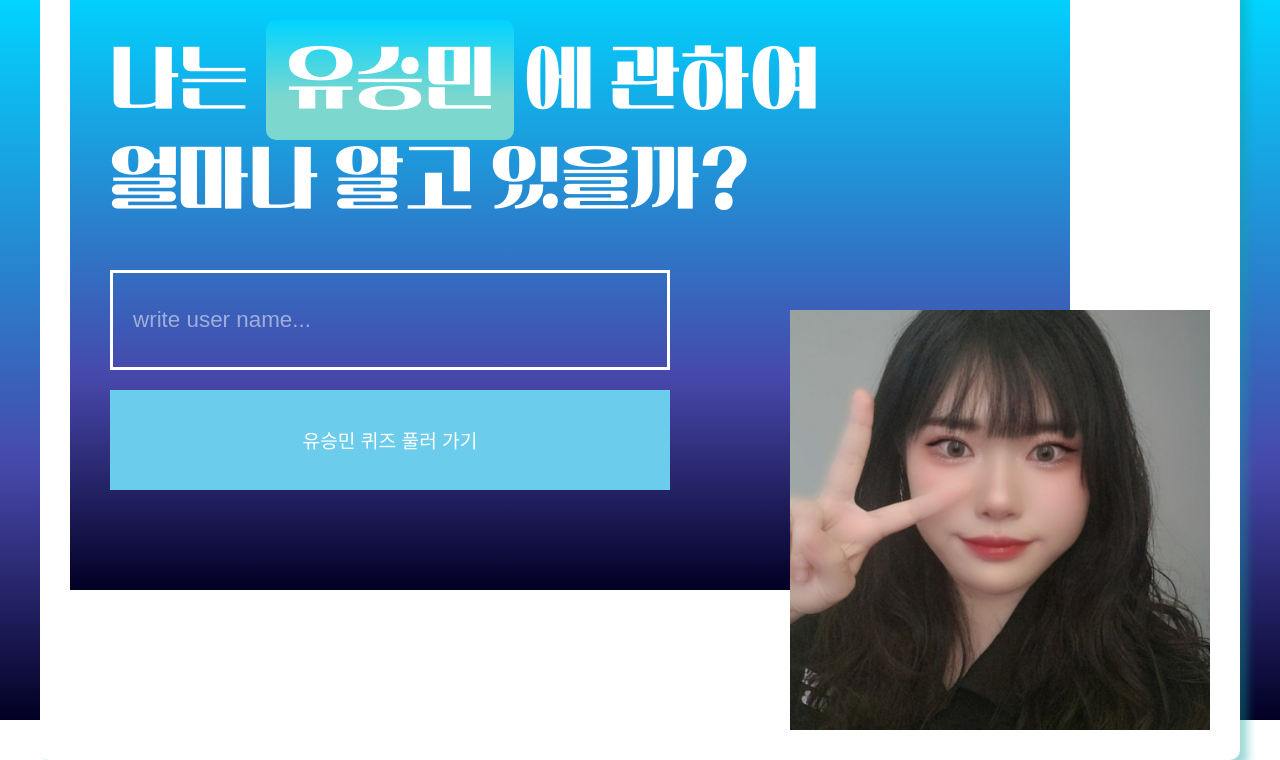
Repository: dnjfht/quiz3
Page: /
These files come from the project's save history. The page is drawn as it stood at one moment and after the next save; the edit follows.
The browser window is 1280 px wide. The pictures show the whole page.
The project was rebuilt for these pictures with package versions that can differ from the ones it lists, and the page was loaded fresh each time. Also part of the build but not shown: src/components/Progress.js, src/components/Quiz.js, src/components/Score.js, src/components/Message.js, src/components/Ranking.js, src/components/NotPage.js.

Above is the page before, as saved 2023-04-15 23:18:43.

### src/index.js
import React from "react";
import ReactDOM from "react-dom/client";
import "./index.css";
import App from "./App";
import reportWebVitals from "./reportWebVitals";
import { BrowserRouter } from "react-router-dom";
import { Provider } from "react-redux";
import store from "./redux/config/configStore";

const root = ReactDOM.createRoot(document.getElementById("root"));
root.render(
  <Provider store={store}>
    <BrowserRouter>
      <App />
    </BrowserRouter>
  </Provider>
);

// If you want to start measuring performance in your app, pass a function
// to log results (for example: reportWebVitals(console.log))
// or send to an analytics endpoint. Learn more: https://bit.ly/CRA-vitals
reportWebVitals();

### src/index.css
body {
  margin: 0;
  font-family: -apple-system, BlinkMacSystemFont, "Segoe UI", "Roboto", "Oxygen",
    "Ubuntu", "Cantarell", "Fira Sans", "Droid Sans", "Helvetica Neue",
    sans-serif;
  -webkit-font-smoothing: antialiased;
  -moz-osx-font-smoothing: grayscale;
}

code {
  font-family: source-code-pro, Menlo, Monaco, Consolas, "Courier New",
    monospace;
}

@font-face {
  font-family: "ddalgifont";
  src: url("./fonts/고령딸기체+TTF.ttf");
}

@font-face {
  font-family: "chabfont";
  src: url("./fonts/chab.ttf");
}

@font-face {
  font-family: "ddagfont";
  src: url("./fonts/ddag.ttf");
}

### src/App.js
import styled from "styled-components";
import Router from "./shared/Router";

const Wrap = styled.div`
  width: 100%;
  height: 100vh;
  background: rgb(2, 0, 36);
  background: linear-gradient(
    0deg,
    rgba(2, 0, 36, 1) 0%,
    rgba(71, 71, 170, 1) 35%,
    rgba(0, 212, 255, 1) 100%
  );

  position: relative;
`;

const ContentWrap = styled.div`
  width: 1200px;
  height: 800px;
  padding: 30px;
  box-sizing: border-box;
  background-color: white;
  border-radius: 10px;
  box-shadow: 8px 8px 8px rgba(21, 159, 161, 0.4);

  position: absolute;
  top: 50%;
  margin-top: -400px;
  left: 50%;
  margin-left: -600px;
`;

function App() {
  return (
    <Wrap>
      <ContentWrap>
        <Router />
      </ContentWrap>
    </Wrap>
  );
}

export default App;

### src/redux/config/configStore.js
import { combineReducers, createStore, applyMiddleware } from "redux";
import thunk from "redux-thunk";
import quiz from "../modules/quiz";
import rank from "../modules/rank";

const middlewares = [thunk];
// 미들웨어들도 하나로 묶어줘야 힘.

const rootReducer = combineReducers({
  quiz: quiz,
  rank: rank,
});

const enhancer = applyMiddleware(...middlewares);
// reducer 말고 옵셔널하게 추가하는 애들의 모음.
// 여기 미들웨어를 적용해 넣을 거임.

const store = createStore(rootReducer, enhancer);
export default store;

### src/shared/Router.js
import React from "react";
import { Routes, Route } from "react-router-dom";
import Start from "../components/Start";
import Quiz from "../components/Quiz";
import Score from "../components/Score";
import Message from "../components/Message";
import Ranking from "../components/Ranking";
import NotPage from "../components/NotPage";

export default function Router() {
  return (
    <>
      <Routes>
        <Route path="/" element={<Start />} />
        <Route path="/quiz" element={<Quiz />} />
        <Route path="/score" element={<Score />} />
        <Route path="/message" element={<Message />} />
        <Route path="/ranking" element={<Ranking />} />
        <Route path="*" element={<NotPage />} />
      </Routes>
    </>
  );
}

### src/redux/modules/quiz.js
// action value
const ADDUSERANSWER = "add_user_answer";
const RESETUSERANSWER = "reset_user_answer";

// action creator

export const AddUserAnswer = (payload) => {
  return {
    type: ADDUSERANSWER,
    payload: payload,
  };
};

export const ResetUserAnswer = (payload) => {
  return {
    type: RESETUSERANSWER,
    payload: payload,
  };
};

// initialState
const initialState = {
  name: "유승민",
  quiz_list: [
    {
      image: "assets/1.png",
      quiz: "승민의 mbti는 intj다?",
      answer: false,
    },
    {
      image: "assets/2.png",
      quiz: "승민은 공감을 잘해주는 사람을 좋아한다?",
      answer: true,
    },
    {
      image: "assets/3.png",
      quiz: "승민은 사람들이랑 대화하고 알아가는 것을 즐긴다?",
      answer: true,
    },
    {
      image: "assets/4.png",
      quiz: "승민은 자기개발하는걸 좋아한다?",
      answer: true,
    },
    {
      image: "assets/5.png",
      quiz: "승민의 관심있을 때 하는 행동은 선톡을 하는 것이다?",
      answer: true,
    },
    {
      image: "assets/6.png",
      quiz: "승민은 불같은 연애보다 서로 믿고 의지할 수 있는 연애를 선호한다?",
      answer: true,
    },
    {
      image: "assets/7.png",
      quiz: "승민은 계획을 세우고 차근차근 계획에 옮기는걸 선호한다?",
      answer: true,
    },
    {
      image: "assets/8.png",
      quiz: "승민은 놀이기구 타는 것을 좋아한다?",
      answer: false,
    },
    {
      image: "assets/9.png",
      quiz: "승민은 고1 때부터 흡연을 했다?",
      answer: false,
    },
    {
      image: "assets/10.png",
      quiz: "승민은 소개팅을 나간 적이 있다?",
      answer: false,
    },
    {
      image: "assets/11.png",
      quiz: "승민은 소개팅과 같은 인위적인 만남을 좋아한다?",
      answer: false,
    },
    {
      image: "assets/12.png",
      quiz: "승민은 연인과 갈등이 있을 때 대화로 푸는 것을 선호한다?",
      answer: true,
    },
    {
      image: "assets/13.png",
      quiz: "승민은 연애할 때 항상 상대방의 기분이 우선이다?",
      answer: true,
    },
    {
      image: "assets/14.png",
      quiz: "승민은 좋아하는 사람에게 선물주는 것을 좋아한다?",
      answer: true,
    },
    {
      image: "assets/15.png",
      quiz: "승민은 감수성이 풍부해서 슬픈 영화나 만화를 보고 잘 운다?",
      answer: true,
    },
    {
      image: "assets/16.png",
      quiz: "승민은 본래 무뚝뚝한 성격이다?",
      answer: true,
    },
    {
      image: "assets/17.png",
      quiz: "승민의 노래방 18번곡은 나비무덤이다?",
      answer: false,
    },
    {
      image: "assets/18.png",
      quiz: "승민은 핫플을 돌아다니면서 맛집 탐방을 하고 사진 찍는 데이트를 선호한다?",
      answer: true,
    },
    {
      image: "assets/19.png",
      quiz: "승민은 연애할 때 꽃이나 편지 받는걸 좋아한다?",
      answer: true,
    },
    {
      image: "assets/20.png",
      quiz: "승민은 번호를 따인 적이 있다?",
      answer: false,
    },
  ],
  user_answer: [],
  result_text: {
    40: "나랑 친하지 않은가보군?😑",
    60: "나랑 좀 더 친해져야겠다🙃",
    80: "내적 친밀감 80퍼센트!😎",
    100: "뭐야, 넌 내 소울메이트...!?💖",
  },
};

// reducer

const quiz = (state = initialState, action) => {
  switch (action.type) {
    case ADDUSERANSWER: {
      const newUserAnswer = [...state.user_answer, action.payload];
      return { ...state, user_answer: newUserAnswer };
    }
    case RESETUSERANSWER: {
      return { ...state, user_answer: [] };
    }
    default:
      return state;
  }
};

export default quiz;

### src/redux/modules/rank.js
import { db } from "../../firebase";
import {
  collection,
  getDocs,
  addDoc,
  doc,
  updateDoc,
  deleteDoc,
  getDoc,
} from "firebase/firestore";

// action value
const ADDUSERNAME = "add_user_name";
const GETRANK = "get_rank";
const ADDRANK = "add_rank";

// action creator
export const GetRank = (payload) => {
  return {
    type: GETRANK,
    payload: payload,
  };
};

export const AddUserName = (payload) => {
  return {
    type: ADDUSERNAME,
    payload: payload,
  };
};

export const AddRank = (payload) => {
  return {
    type: ADDRANK,
    payload: payload,
  };
};

export const loadQuizFB = () => {
  return async function (dispatch) {
    const quiz_data = await getDocs(collection(db, "quiz"));
    console.log(quiz_data);

    let quiz_list = [];

    quiz_data.forEach((doc) => {
      console.log(doc.data());
      quiz_list.push({ id: doc.id, ...doc.data() });
    });

    console.log(quiz_list);

    dispatch(GetRank(quiz_list));
  };
};

export const addQuizFB = (payload) => {
  return async function (dispatch) {
    const docRef = await addDoc(collection(db, "quiz"), payload);
    // const _quiz = await getDoc(docRef);
    // const quiz = { id: _quiz.id, ..._quiz.data() };
    // dispatch(AddRank(quiz));

    // 추가한 데이터 중 id를 가져와서 bucket_data 만들기.
    // const bucket_data = { id: docRef.id, ...payload };
    // // 마지막으로 액션 일으키기 (수정해달라고 요청)
    // dispatch(createWidget(bucket_data));
  };
};

// initialState
const initialState = {
  user_name: "",
  rank: [
    // { score: 100, name: "방가방가", comment: "다들 잘생겼다" },
    // { score: 40, name: "이하늘", comment: "너무 어려운데..." },
    // { score: 60, name: "오하요~!", comment: "잘 생긴 사람이 곧 이상형" },
  ],
};

// reducer
const rank = (state = initialState, action) => {
  switch (action.type) {
    case GETRANK: {
      console.log(action.payload);
      return { ...state, rank: action.payload };
    }
    case ADDUSERNAME: {
      return { ...state, user_name: action.payload };
    }
    case ADDRANK: {
      const new_rank_data = [...state.rank, action.payload];
      return { ...state, rank: new_rank_data };
    }
    default:
      return state;
  }
};
export default rank;

### src/components/Start.js
import React from "react";
import styled from "styled-components";
import { useRef } from "react";
import { useDispatch, useSelector } from "react-redux";
import { useNavigate } from "react-router-dom";
import { AddUserName } from "../redux/modules/rank";

const Wrap = styled.div`
  width: 100%;
  height: 100%;
`;

const Square = styled.div`
  width: 1000px;
  height: 600px;
  padding: 40px;
  box-sizing: border-box;
  background: rgb(2, 0, 36);
  background: linear-gradient(
    0deg,
    rgba(2, 0, 36, 1) 0%,
    rgba(71, 71, 170, 1) 35%,
    rgba(0, 212, 255, 1) 100%
  );
  display: flex;
  flex-direction: column;
  align-items: flex-start;

  position: relative;
`;

const Title = styled.h3`
  margin: 0;

  font-family: "ddagfont";
  font-size: 4.6rem;
  font-weight: lighter;
  color: #fff;

  & > span {
    margin-right: 10px;
    padding: 10px 20px;
    background: rgb(124, 215, 206);
    background: linear-gradient(
      0deg,
      rgba(124, 215, 206, 1) 35%,
      rgba(0, 212, 255, 1) 100%
    );
    border-radius: 10px;
  }
`;

const ImgWrap = styled.img`
  width: 420px;
  height: 420px;

  position: absolute;
  bottom: -140px;
  right: -140px;
`;

const UserNameInput = styled.input`
  width: 560px;
  height: 100px;
  margin-top: 40px;
  padding: 20px;
  box-sizing: border-box;
  background-color: transparent;
  border: 3px solid #fff;

  color: white;
  font-size: 1.4rem;

  outline: none;

  &::placeholder {
    color: rgba(255, 255, 255, 0.5);
  }
`;

const Button = styled.button`
  width: 560px;
  height: 100px;
  margin-top: 20px;
  background-color: #6bccec;
  border: none;

  font-size: 1.2rem;
  color: white;

  transition: all 0.5s;

  &:hover {
    background-color: white;
    border: 3px solid #1eaddb;

    color: #1eaddb;
    font-weight: 400;

    cursor: pointer;
  }
`;

export default function Start() {
  const dispatch = useDispatch();
  const navigate = useNavigate();

  const name = "유승민";

  const randomNumber = Math.floor(Math.random() * 10) + 10;

  const userNameInputRef = useRef(null);

  const handleAddUserName = (event) => {
    event.preventDefault();

    dispatch(AddUserName(userNameInputRef.current.value));

    userNameInputRef.current.value = "";

    navigate("/quiz");
  };

  const quiz_list = useSelector((state) => state.quiz.quiz_list);

  return (
    <Wrap>
      <Square>
        <Title>
          나는 <span>{name}</span>에 관하여
          <br />
          얼마나 알고 있을까?
        </Title>

        <ImgWrap
          src={process.env.PUBLIC_URL + `${quiz_list[randomNumber].image}`}
        />

        <UserNameInput
          type="text"
          placeholder="write user name..."
          ref={userNameInputRef}
        />

        <Button onClick={handleAddUserName}>{`${name} 퀴즈 풀러 가기`}</Button>
      </Square>
    </Wrap>
  );
}

### src/firebase.js
// Import the functions you need from the SDKs you need
import { initializeApp } from "firebase/app";
import { getFirestore } from "firebase/firestore";
// TODO: Add SDKs for Firebase products that you want to use
// https://firebase.google.com/docs/web/setup#available-libraries

// Your web app's Firebase configuration
// For Firebase JS SDK v7.20.0 and later, measurementId is optional
const firebaseConfig = {
  apiKey: "AIzaSyAQCzx3TeRMhfQ14uI1xPuxKIeyOukr2zs",
  authDomain: "seungmin-s-quiz2.firebaseapp.com",
  projectId: "seungmin-s-quiz2",
  storageBucket: "seungmin-s-quiz2.appspot.com",
  messagingSenderId: "764474150624",
  appId: "1:764474150624:web:e3932df48db64f86c44a85",
  measurementId: "G-NK0EYYQQFF",
};

// Initialize Firebase
const app = initializeApp(firebaseConfig);
export const db = getFirestore(app);

Loaded but not shown: public/index.html (common file); src/reportWebVitals.js (common file)

After the next save:
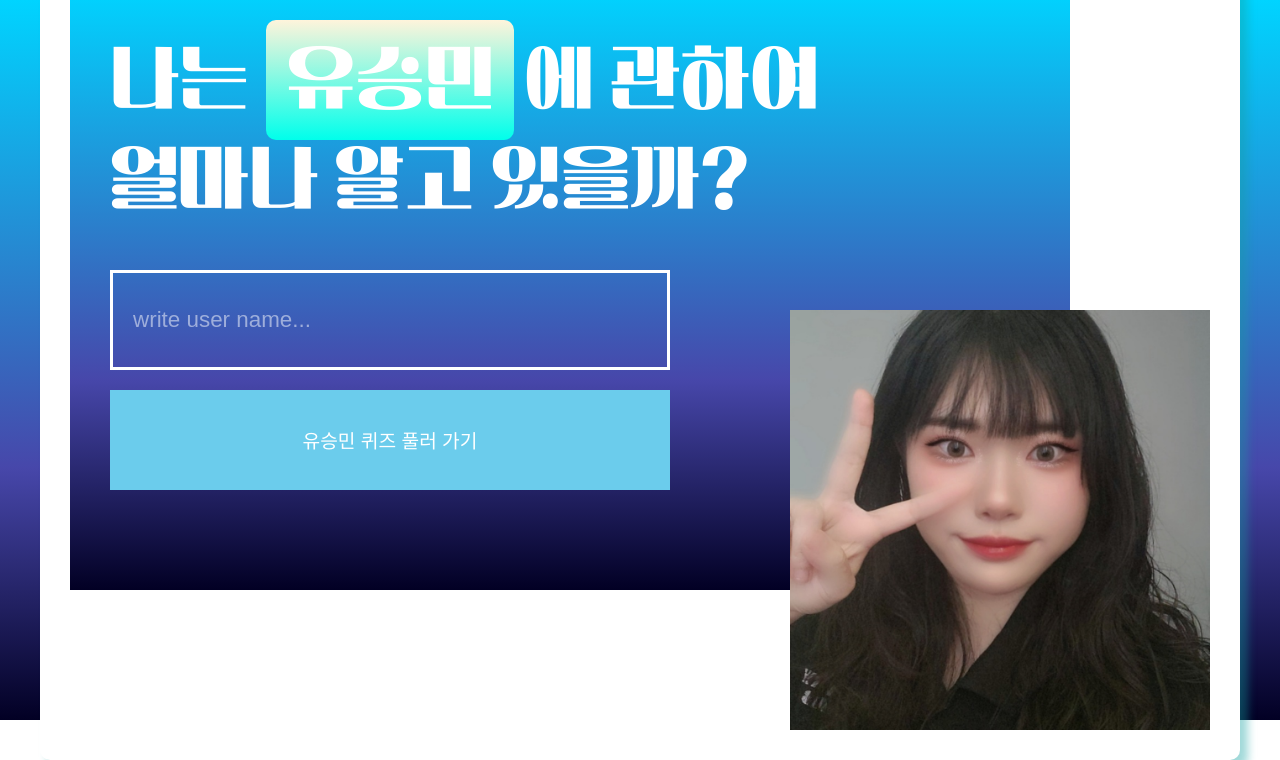
Saved 58 s later.
--- a/src/components/Start.js
+++ b/src/components/Start.js
@@ -40,11 +40,11 @@ const Title = styled.h3`
   & > span {
     margin-right: 10px;
     padding: 10px 20px;
-    background: rgb(124, 215, 206);
+    background: rgb(0, 255, 235);
     background: linear-gradient(
       0deg,
-      rgba(124, 215, 206, 1) 35%,
-      rgba(0, 212, 255, 1) 100%
+      rgba(0, 255, 235, 1) 0%,
+      rgba(255, 244, 219, 1) 100%
     );
     border-radius: 10px;
   }
